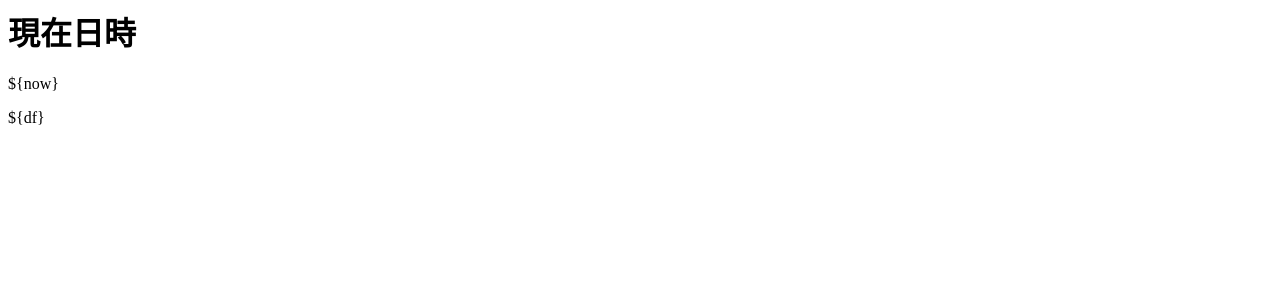
Repository: tttt1213/BIOSversion
Page: df.html
An editor plug-in stored every save of this project. The page is shown before and after a run of saves, followed by the edit.
The browser window is 1280 px wide. The pictures show the whole page.

Above is the page before, as saved 2023-03-29 15:24:47.

### df.html
<html>
    <head>
        <title>サンプルページ</title>
    </head>
    <body>
        <h1>現在日時</h1>
        <p>${now}</p>
        <p>${df}</p>
    </body>
</html>

After the next 2 saves:
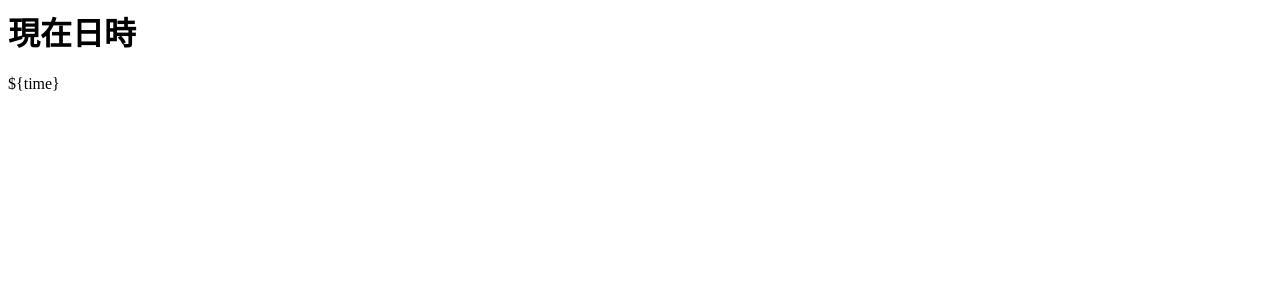
The 2 saves are shown as one change because they came seconds apart.
The last was saved 23 min 36 s later.
--- a/df.html
+++ b/df.html
@@ -4,7 +4,6 @@
     </head>
     <body>
         <h1>現在日時</h1>
-        <p>${now}</p>
-        <p>${df}</p>
+        <p>${time}</p>
     </body>
 </html>
